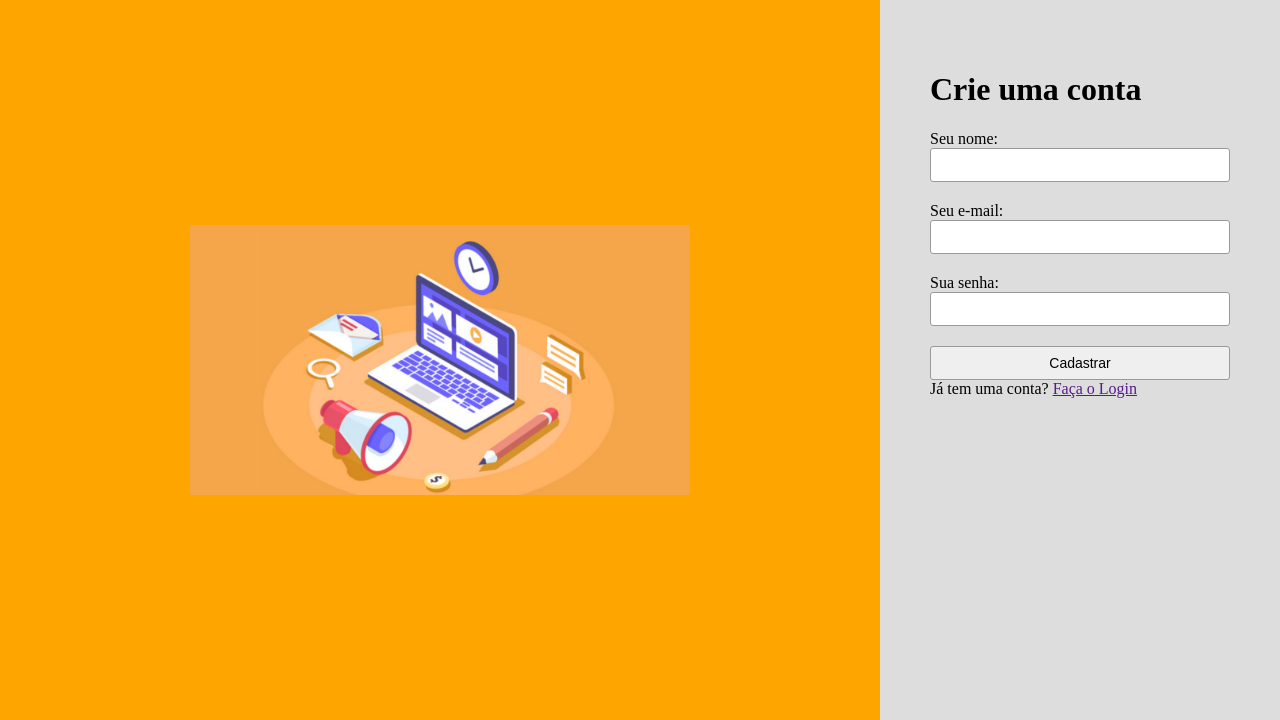
Repository: rafavirginio/tela-de-login
Page: index.html
These files come from the project's save history. The page is drawn as it stood at one moment and after the next save; the edit follows.
The browser window is 1280 px wide. The pictures show the whole page.

Above is the page before, as saved 2020-09-15 13:19:09.
Console error: TypeError: Cannot read properties of null (reading 'addEventListener')

### index.html
<!DOCTYPE html>
<html lang="en">

<head>
    <meta charset="UTF-8">
    <meta name="viewport" content="width=device-width, initial-scale=1.0">
    <title> Validador de Formulário </title>
    <link rel="stylesheet" href="style.css" />
</head>

<body>
    <div class="screen">
        <div class="leftside">
            <img src="imgGR.png" alt ""/>

        </div>
        <div class="rightside">
            <h1>Crie uma conta</h1>

            <form method="POST" action="cadastro.php" class="grValidator">


                <label>
                Seu nome: <br/>
                <input type="text" name="name" data-rules="required|min=2" />
            </label>
                <label>
                Seu e-mail: <br/>
                <input type="text" name="email" data-rules="required|email" />
            </label>
                <label>
                Sua senha: <br/>
                <input type="password" name="password" />
                </label>
                <input type="submit" value="Cadastrar" />
                </label>
            </form>
            <div>
                Já tem uma conta?
                <a href=""> Faça o Login</a>
            </div>
            <div>
            </div>

            <script src="script.js"></script>
</body>

</html>

### style.css
* {
    box-sizing: border-box;
}

body {
    background-color: orange;
    margin: 0;
}

.screen {
    display: flex;
    height: 100vh;
}

.leftside {
    flex: 1;
    display: flex;
    justify-content: center;
    align-items: center;
}

.leftside img {
    max-width: 500px;
    height: auto;
}

.rightside {
    width: 400px;
    background-color: #DDD;
    padding: 50px;
}

.rightside label {
    display: block;
    margin-bottom: 20px;
}

.rightside input {
    width: 100%;
    border: 1px solid #999;
    border-radius: 3px;
    padding: 8px;
    font-size: 14px;
    outline: 0;
}

.error {
    font-size: 11px;
    background-color: orangered;
    color: #FFF;
    padding: 4px;
    border-radius: 5px;
}

### script.js
let grValidator = {
    handleSubmit: (event) => {
        event.preventDefault();

        let send = true;

        let inputs = form.querySelectorAll('input');

        grValidator.clearErrors();

        for (let i = 0; i < inputs.length; i++) {
            let input = inputs[i];
            let check = grValidator.checkInput(input);
            if (check !== true) {
                send = false;
                grValidator.showError(input, check);
            }
        }

        if (send) {
            form.submit();
        }
    },
    checkInput: (input) => {
        let rules = input.getAttribute('data-rules');

        if (rules !== null) {
            rules = rules.split('|');
            for (let k in rules) {
                let rDetails = rules[k].split('=');
                switch (rDetails[0]) {
                    case 'required':
                        if (input.value == '') {
                            return 'Este campo é obrigatório.';
                        }
                        break;
                    case 'min':
                        if (input.value.length < rDetails[1]) {
                            return 'Campo deve conter pelo menos ' + rDetails[1] + 'caracteres';
                        }
                        break;
                    case 'email':
                        if (input.value != '') {
                            let regex = /^(([^<>()\[\]\\.,;\:\s@"]+(\.[^<>()\[\]\\.,;:\s@"]+)*)|(".+"))@((\[[0-9]{1,3}\.[0-9]{1,3}\.[0-9]{1,3}\[0-9]{1,3}])|(([a-zA-Z\-0-9]+\.)+[a-zA-Z]{2,}))$/;
                            if (regex.test(input.value.toLowerCase())) {
                                return 'E-mail digitado não é valido!';
                            }

                        }
                        break;
                }
            }
        }

        return true;
    },
    showError: (input, error) => {
        input.style.borderColor = '#FF0000';

        let errorElement = document.createElement('div');
        errorElement.classList.add('error');
        errorElement.innerHTML = error;

        input.parentElement.insertBefore(errorElement, input.ElementSibling)
    },
    clearErrors: () => {
        let inputs = form.querySelectorAll('input');
        for (let i = 0; i < inputs.length; i++) {
            inputs[i].style = '';
        }
        let errorElements = document.querySelectorAll('.error');
        for (let i = 0; i < errorElements.length; i++) {
            errorElements[i].remove();

        }
    }
};
let form = document.querySelector('grValidator');
form.addEventListener('submit', grValidator.handleSubmit);

After the next save:
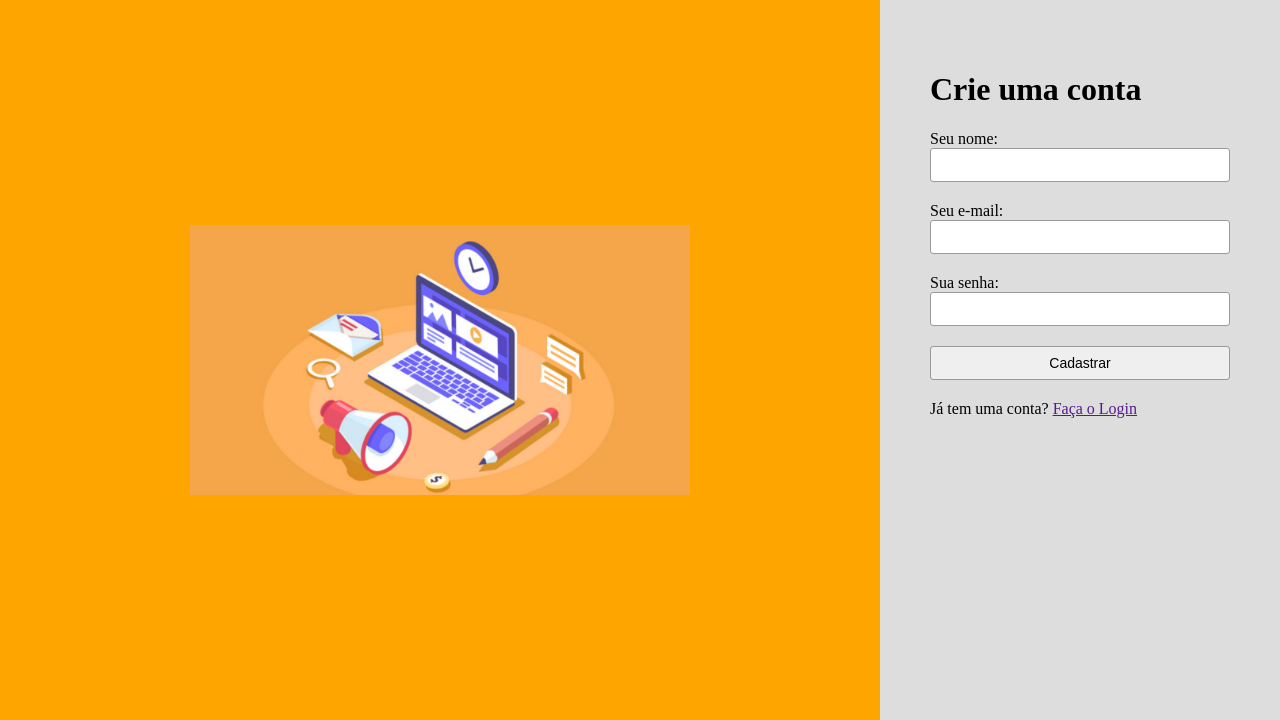
Saved 57 s later.
--- a/index.html
+++ b/index.html
@@ -32,6 +32,7 @@
                 Sua senha: <br/>
                 <input type="password" name="password" />
                 </label>
+                <label>
                 <input type="submit" value="Cadastrar" />
                 </label>
             </form>
